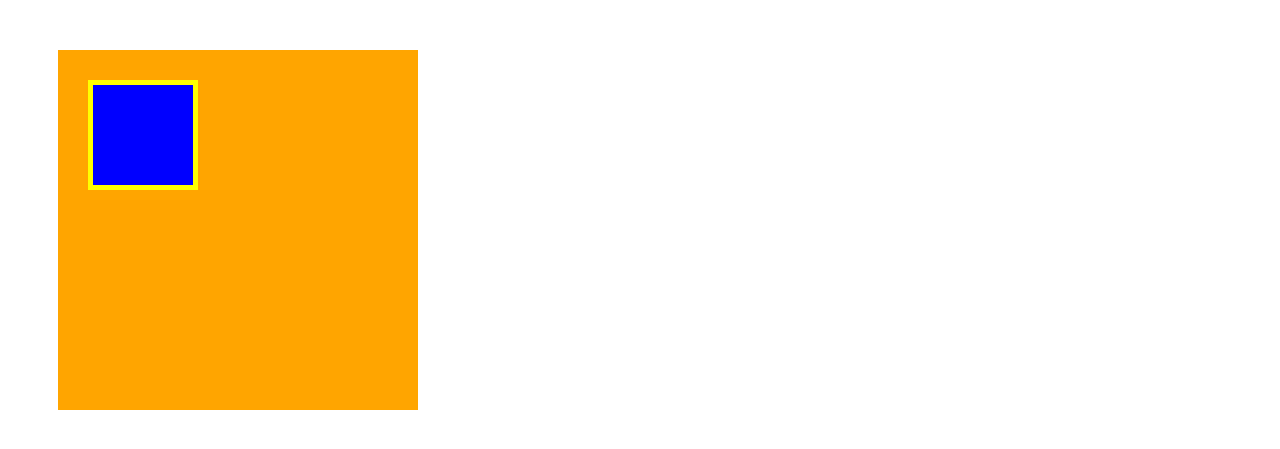
Repository: shiotaryuto/kadai1-10
Page: box/box.html
The author's editor kept a record of every edit. The page is drawn from the files as they stood at one moment, then again after the next edit.
The browser window is 1280 px wide. The pictures show the whole page.

Above is the page before.

### box/box.html
<!DOCTYPE html>
<html lang="ja">
  <head>
    <meta charset="UTF-8" />
    <link rel="stylesheet" href="box.css" />
    <title>BOX</title>
  </head>

  <body>
    <!--box1用のdiv-->
    <div class="box1">
      <div class="box2"></div>
    </div>
  </body>
</html>

### box/box.css
.box1 {
  width: 300px;
  height: 300px;
  background-color: orange;
  margin:50px;
  padding:30px;
}

.box2 {
  width: 100px;
  height: 100px;
  background-color: blue;
  border:5px solid yellow;
}

After the next edit:
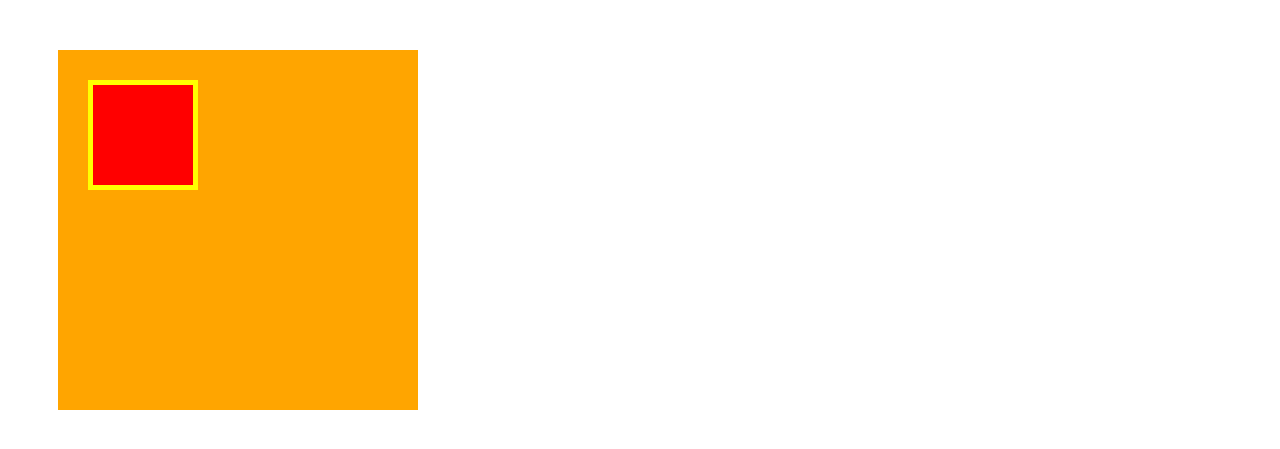
The edit:
--- a/box/box.css
+++ b/box/box.css
@@ -9,6 +9,6 @@
 .box2 {
   width: 100px;
   height: 100px;
-  background-color: blue;
+  background-color: red;
   border:5px solid yellow;
 }
